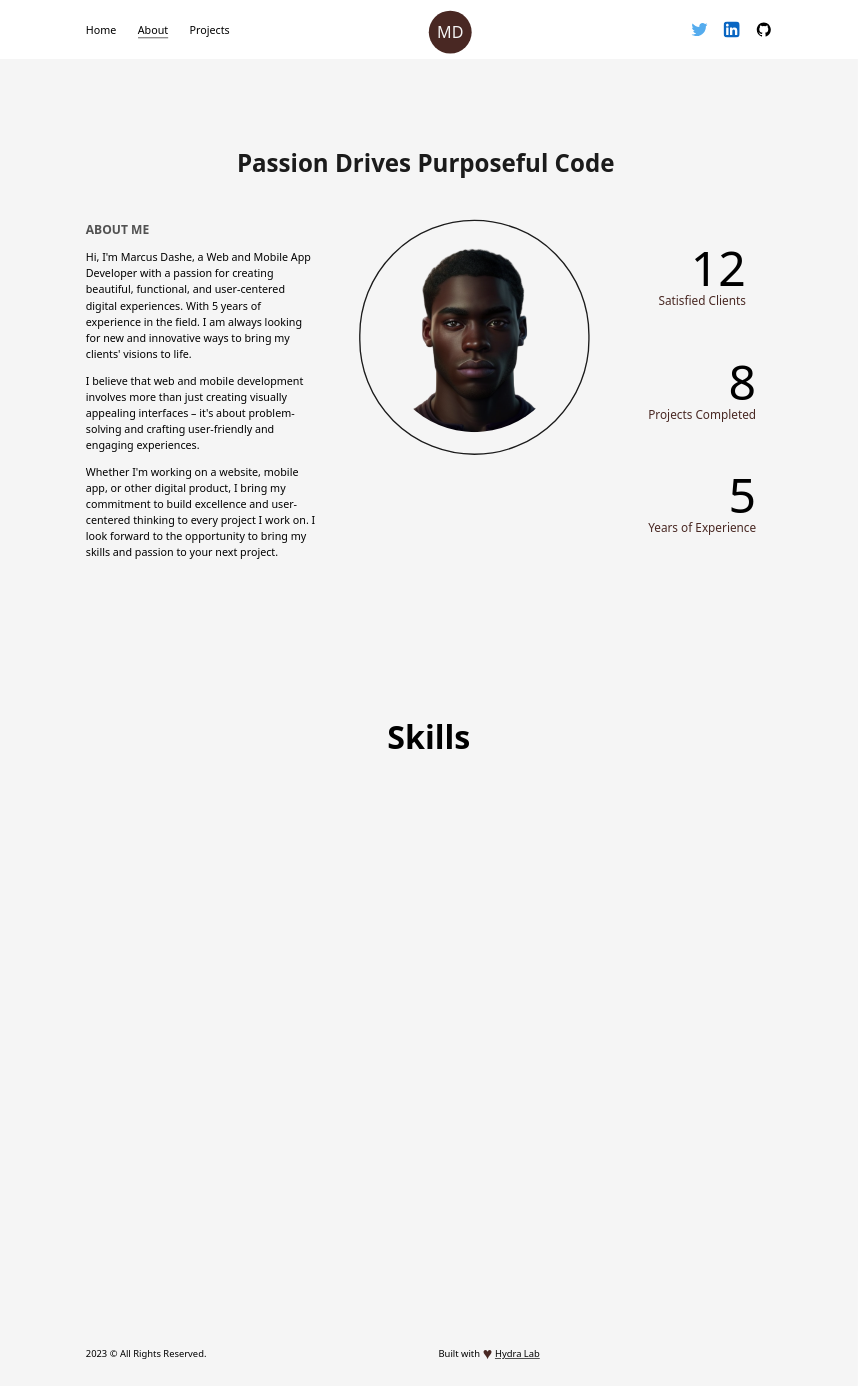
Repository: marcusdashe/situs
Page: /about
These files come from the project's save history. The page is drawn as it stood at one moment and after the next save; the edit follows.
The browser window is 1280 px wide. The pictures show the whole page, at 67% of full size.
The project was rebuilt for these pictures with package versions that can differ from the ones it lists, and the page was loaded fresh each time. The framework's server and built-in components were replaced by stand-ins that run in the browser.

Above is the page before, as saved 2023-07-23 11:53:46.

After the next save:
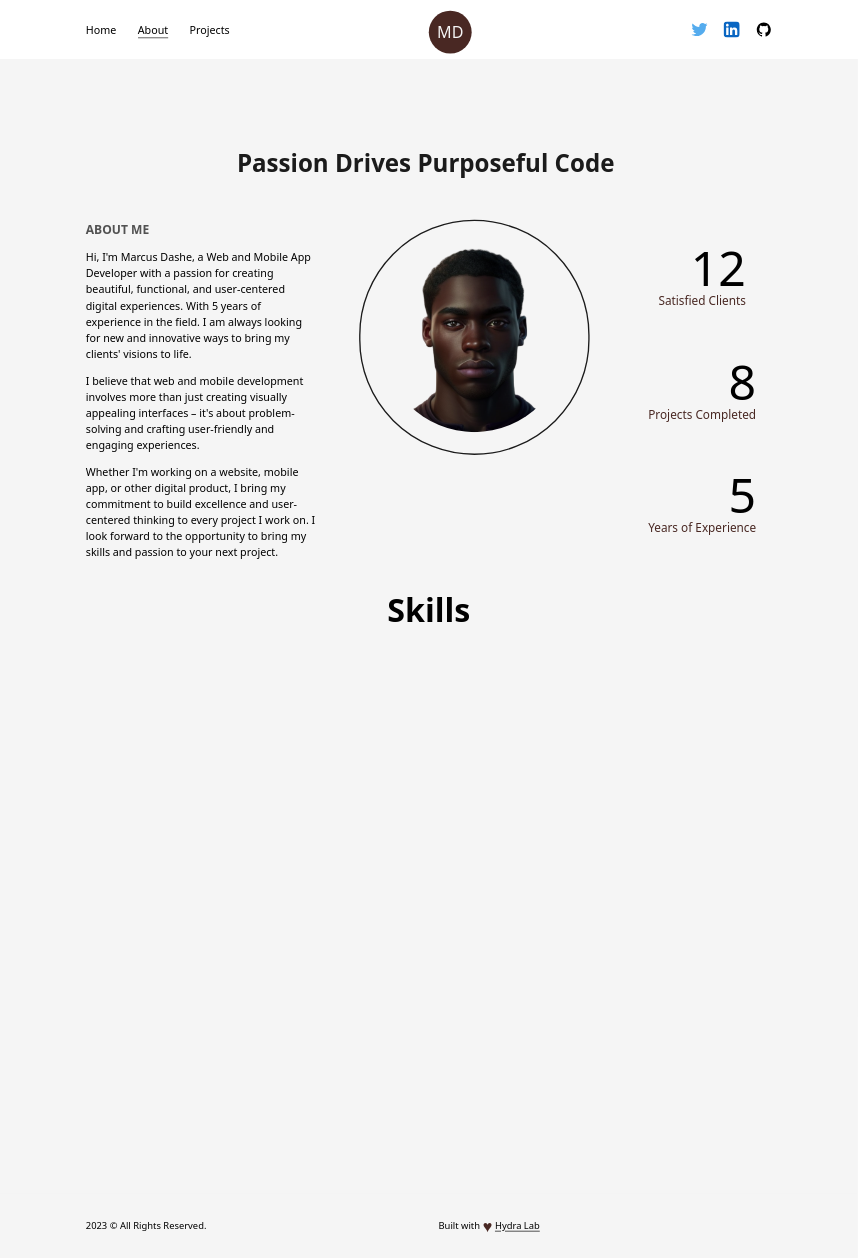
Saved 19 min 19 s later.
--- a/src/components/Skills.jsx
+++ b/src/components/Skills.jsx
@@ -3,7 +3,9 @@ import React from "react";
 const Skills = () => {
   return (
     <>
-      <h2 className="font-bold text-5xl mt-60 w-full text-center">Skills</h2>
+      <h2 className="font-bold text-5xl mt-[50px] w-full text-center">
+        Skills
+      </h2>
       <div className="w-full h-screen relative flex items-center justify-center rounded-full"></div>
     </>
   );
